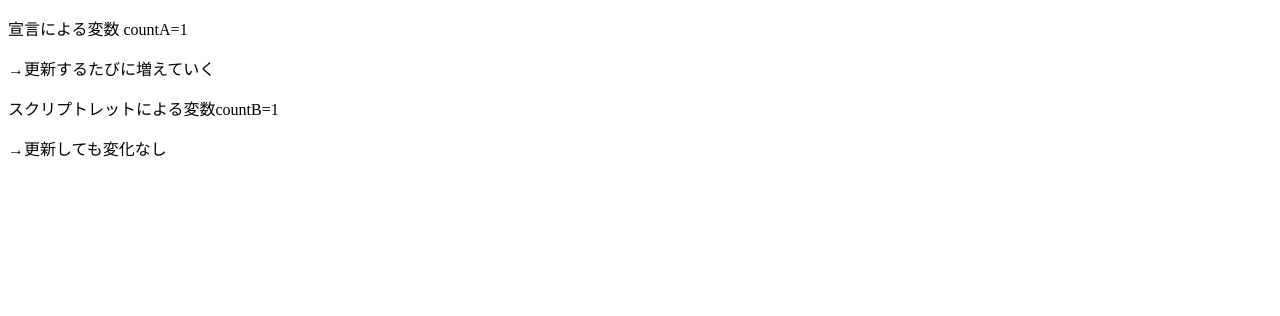
Repository: iuvfag/test
Page: http://localhost/HelloJsp/Test.jsp
These files come from the project's save history. The page is drawn as it stood at one moment and after the next save; the edit follows.
The browser window is 1280 px wide. The pictures show the whole page.
The page is served by Tomcat 9.

Above is the page before, as saved 2018-06-25 01:26:59.

After the next save:
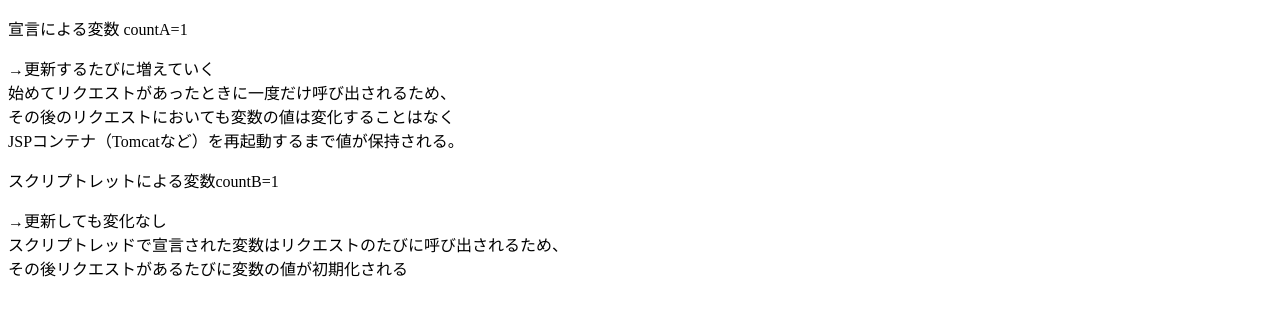
Saved 4 min 59 s later.
--- a/HelloJsp/WebContent/Test.jsp
+++ b/HelloJsp/WebContent/Test.jsp
@@ -17,9 +17,15 @@
 	%>
 
 	<p>宣言による変数 countA=<%= countA %></p>
-	→更新するたびに増えていく
+	→更新するたびに増えていく<br>
+	始めてリクエストがあったときに一度だけ呼び出されるため、<br>
+	その後のリクエストにおいても変数の値は変化することはなく<br>
+	JSPコンテナ（Tomcatなど）を再起動するまで値が保持される。
+
 	<p>スクリプトレットによる変数countB=<%= countB %></p>
-	→更新しても変化なし
+	→更新しても変化なし<br>
+	スクリプトレッドで宣言された変数はリクエストのたびに呼び出されるため、<br>
+	その後リクエストがあるたびに変数の値が初期化される
 
 </body>
 </html>
